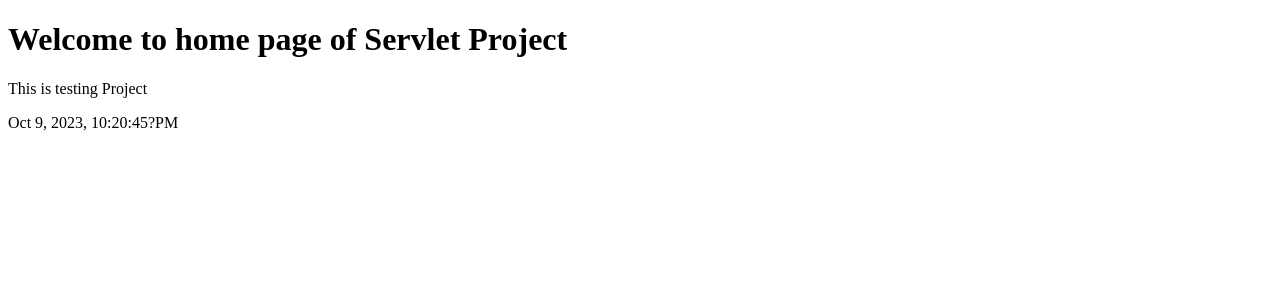
Repository: ShaileshMishr/Javanew
Page: http://localhost/web-app/
The author's editor kept a copy of each file at every save. The page is drawn from the files as they stood at one save, then again after the next save.
The browser window is 1280 px wide. The pictures show the whole page.
The page is served by Tomcat 10. Other server files are loaded and not shown.

Above is the page before, as saved 2023-10-09 22:34:40.

### web-app/src/main/webapp/index.jsp
<%@page import="java.util.Date"%>
<%@ page language="java" contentType="text/html; charset=ISO-8859-1"
    pageEncoding="ISO-8859-1"%>
<!DOCTYPE html>
<html>
<head>
<meta charset="ISO-8859-1">
<title>Main Page</title>
</head>
<body>
<h1>Welcome to home page of Servlet Project</h1>
<p>This is testing Project</p>
<%= new Date().toLocaleString() %>
</body>
</html>

After the next save:
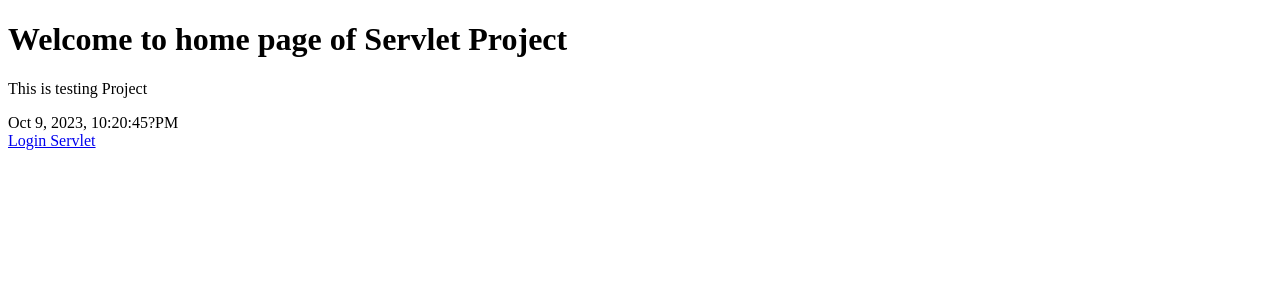
Saved 62 s later.
--- a/web-app/src/main/webapp/index.jsp
+++ b/web-app/src/main/webapp/index.jsp
@@ -11,5 +11,8 @@
 <h1>Welcome to home page of Servlet Project</h1>
 <p>This is testing Project</p>
 <%= new Date().toLocaleString() %>
+
+<br>
+<a href="Login">Login Servlet</a>
 </body>
 </html>
